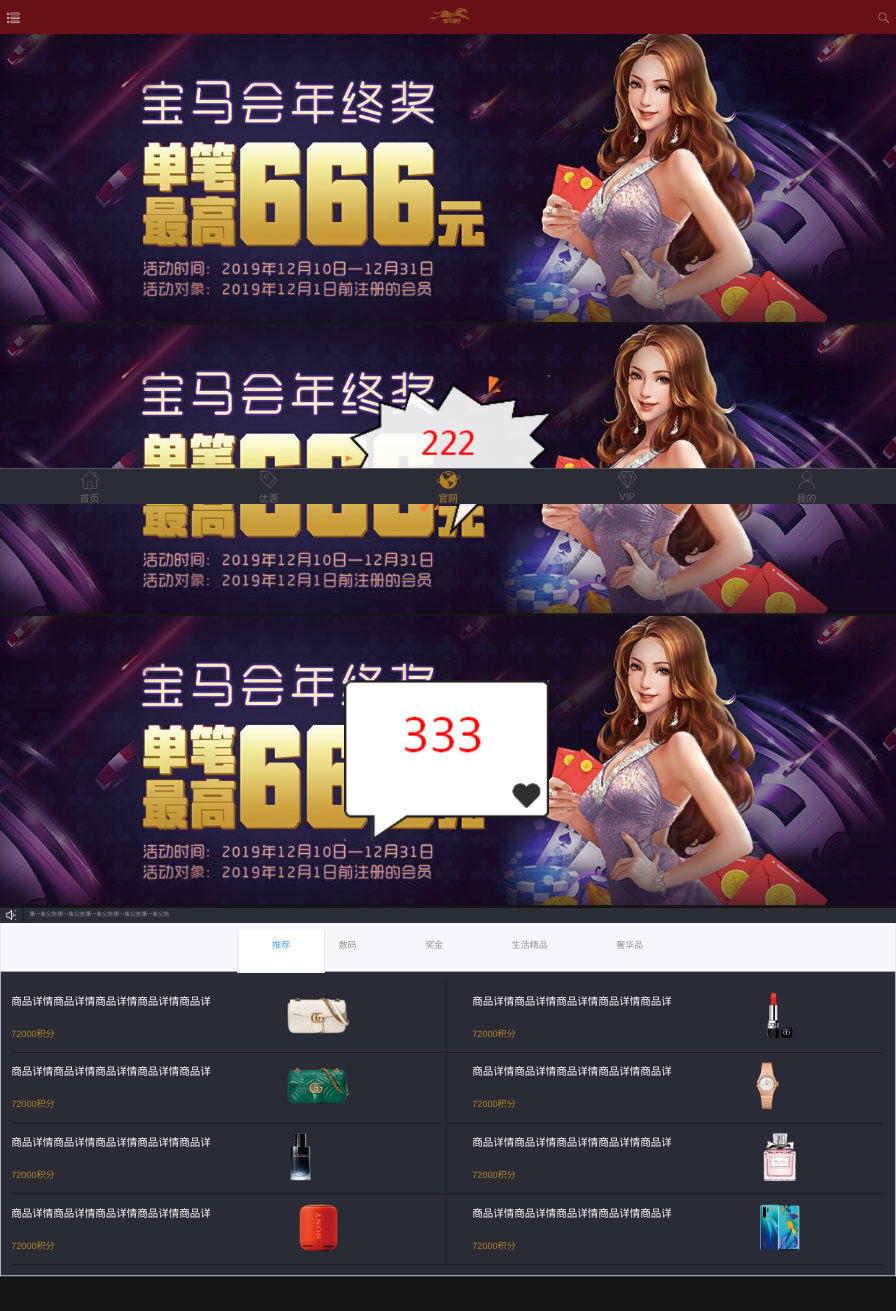
Repository: ada6688/IntegralMall
Page: /
The author's editor kept a copy of each file at every save. The page is drawn from the files as they stood at one save, then again after a run of saves.
The browser window is 1280 px wide. The pictures show the whole page, at 70% of full size.
The project was rebuilt for these pictures with package versions that can differ from the ones it lists, and the page was loaded fresh each time. Also part of the build but not shown: src/components/page/MainNav.vue, src/components/page/Member.vue, src/components/common/Topnav-c.vue, src/components/page/Youhui.vue, src/router/index.js.

Above is the page before, as saved 2020-01-03 10:48:30.

After the next 2 saves:
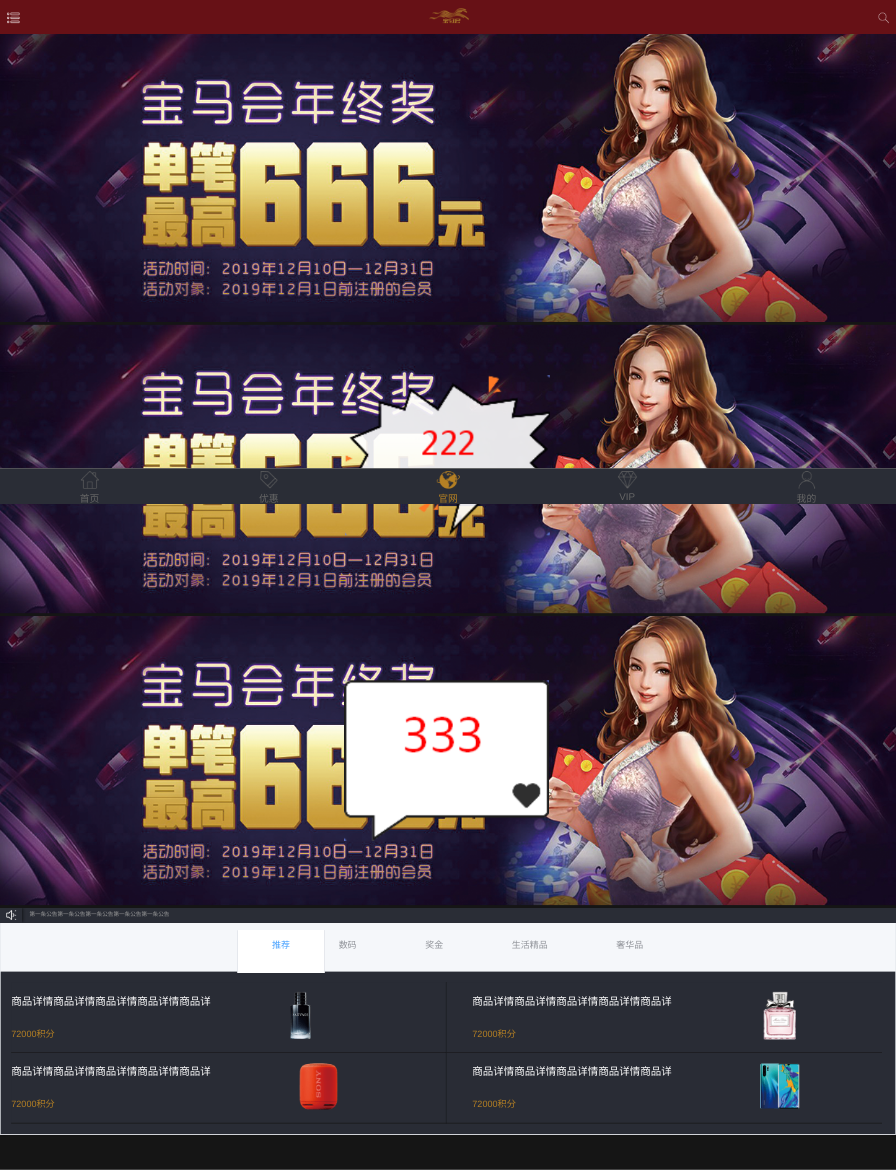
The 2 saves are shown as one change because 1 did not build or start.
The last was saved 79 s later.
--- a/src/components/page/shouye.vue
+++ b/src/components/page/shouye.vue
@@ -31,42 +31,7 @@
           <el-row>
             <el-tabs type="border-card">
               <el-tab-pane label="推荐">
-                <div class="products-item">
-                  <div class="product-item-text">
-                    <p>商品详情商品详情商品详情商品详情商品详</p>
-                    <span>72000积分</span>
-                  </div>
-                  <div class="product-item-img">
-                    <img src="../../assets/images/products/bsbb.png" alt="">
-                  </div>
-                </div>
-                <div class="products-item-even">
-                  <div class="product-item-text">
-                    <p>商品详情商品详情商品详情商品详情商品详</p>
-                    <span>72000积分</span>
-                  </div>
-                  <div class="product-item-img">
-                    <img src="../../assets/images/products/kh.png" alt="">
-                  </div>
-                </div>
-                <div class="products-item">
-                  <div class="product-item-text">
-                    <p>商品详情商品详情商品详情商品详情商品详</p>
-                    <span>72000积分</span>
-                  </div>
-                  <div class="product-item-img">
-                    <img src="../../assets/images/products/lsbb.png" alt="">
-                  </div>
-                </div>
-                <div class="products-item-even">
-                  <div class="product-item-text">
-                    <p>商品详情商品详情商品详情商品详情商品详</p>
-                    <span>72000积分</span>
-                  </div>
-                  <div class="product-item-img">
-                    <img src="../../assets/images/products/sb.png" alt="">
-                  </div>
-                </div>
+
                 <div class="products-item">
                   <div class="product-item-text">
                     <p>商品详情商品详情商品详情商品详情商品详</p>

After the 2 saves that followed:
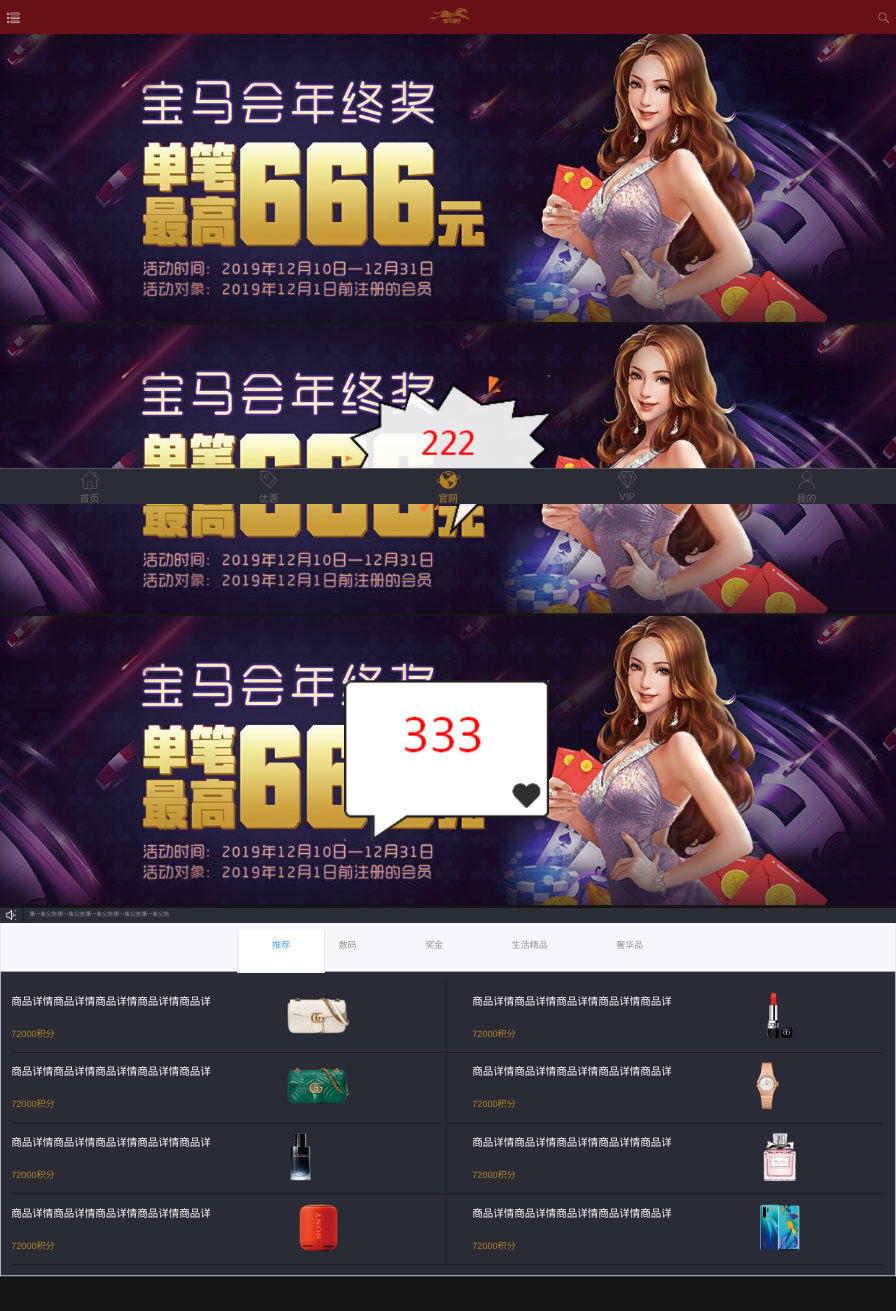
The 2 saves are shown as one change because 1 left the picture as it was.
The last was saved 23 s later.
--- a/src/components/page/shouye.vue
+++ b/src/components/page/shouye.vue
@@ -31,7 +31,42 @@
           <el-row>
             <el-tabs type="border-card">
               <el-tab-pane label="推荐">
-
+                <div class="products-item">
+                  <div class="product-item-text">
+                    <p>商品详情商品详情商品详情商品详情商品详</p>
+                    <span>72000积分</span>
+                  </div>
+                  <div class="product-item-img">
+                    <img src="../../assets/images/products/bsbb.png" alt="">
+                  </div>
+                </div>
+                <div class="products-item-even">
+                  <div class="product-item-text">
+                    <p>商品详情商品详情商品详情商品详情商品详</p>
+                    <span>72000积分</span>
+                  </div>
+                  <div class="product-item-img">
+                    <img src="../../assets/images/products/kh.png" alt="">
+                  </div>
+                </div>
+                <div class="products-item">
+                  <div class="product-item-text">
+                    <p>商品详情商品详情商品详情商品详情商品详</p>
+                    <span>72000积分</span>
+                  </div>
+                  <div class="product-item-img">
+                    <img src="../../assets/images/products/lsbb.png" alt="">
+                  </div>
+                </div>
+                <div class="products-item-even">
+                  <div class="product-item-text">
+                    <p>商品详情商品详情商品详情商品详情商品详</p>
+                    <span>72000积分</span>
+                  </div>
+                  <div class="product-item-img">
+                    <img src="../../assets/images/products/sb.png" alt="">
+                  </div>
+                </div>
                 <div class="products-item">
                   <div class="product-item-text">
                     <p>商品详情商品详情商品详情商品详情商品详</p>
